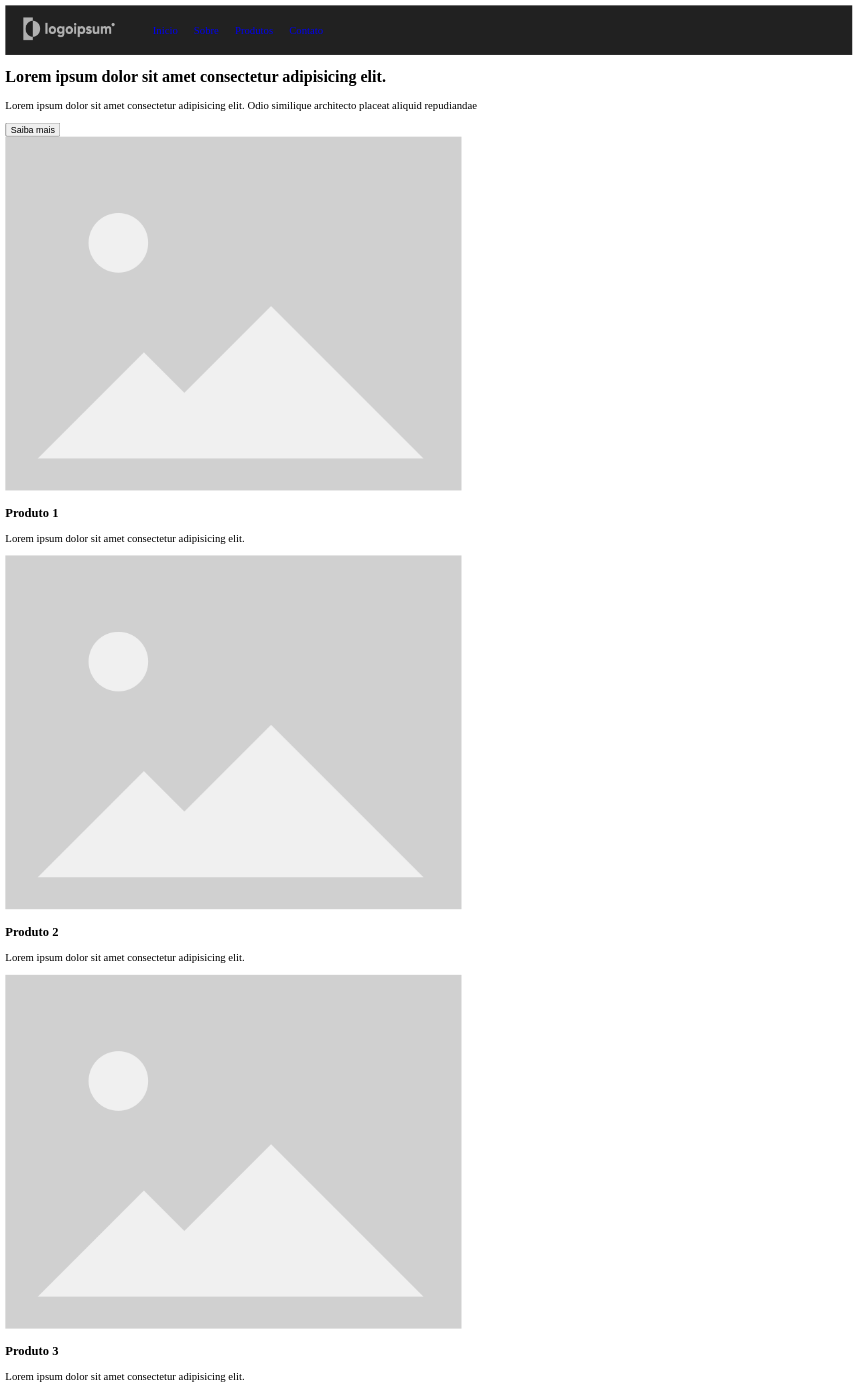
Repository: Carolden/SiteCrie_Ti
Page: index.html
An editor plug-in stored every save of this project. The page is shown before and after the next save, followed by the edit.
The browser window is 1280 px wide. The pictures show the whole page, at 67% of full size.

Above is the page before, as saved 2023-04-20 22:22:24.

### index.html
<!DOCTYPE html>
<html lang="pt-BR">
<head>
    <meta charset="UTF-8">
    <meta http-equiv="X-UA-Compatible" content="IE=edge">
    <meta name="viewport" content="width=device-width, initial-scale=1.0">
    <title>Document</title>
    <link rel="stylesheet" type="text/css" href="index.css" media="screen" />
</head>
<body>

    <header>
        <div>
            <img src="images/logo.png" alt="logo" class="logo">
        </div>
        <nav>
            <a href="inicio">Inicio</a>
            <a href="sobre">Sobre</a>
            <a href="produtos">Produtos</a>
            <a href="contato">Contato</a>
        </nav>
    </header>

    <main>

    <section class="lorem">
        <h1>Lorem ipsum dolor sit amet consectetur adipisicing elit.</h1>
        <p>Lorem ipsum dolor sit amet consectetur adipisicing elit. Odio similique architecto placeat aliquid repudiandae</p>
        <button>Saiba mais</button>
    </section>

    <section>
        <div>
            <div>
                <img src="images/placeholder.png" alt="imagem1">
                <h3>Produto 1</h3>
                <p>Lorem ipsum dolor sit amet consectetur adipisicing elit.</p>
            </div>

            <div>
                <img src="images/placeholder.png" alt="imagem2">
                <h3>Produto 2</h3>
                <p>Lorem ipsum dolor sit amet consectetur adipisicing elit.</p>
            </div>

            <div>
                <img src="images/placeholder.png" alt="imagem3">
                <h3>Produto 3</h3>
                <p>Lorem ipsum dolor sit amet consectetur adipisicing elit.</p>
            </div>
        </div>
    </section>


    </main>





</body>
</html>

### index.css
header {
    background-color: #212121;
    display: flex;
    align-items: center;
    width: 100%;
    top: 0;
    padding-left: 20px;
    padding-right: 20px;
    box-sizing: border-box;
}

header nav a {
    color: B0B0B0;
    text-decoration: none;
    padding: 10px;

}

.logo {
    width: 150px;
    height: 70px;
    padding-right: 40px;
}

After the next save:
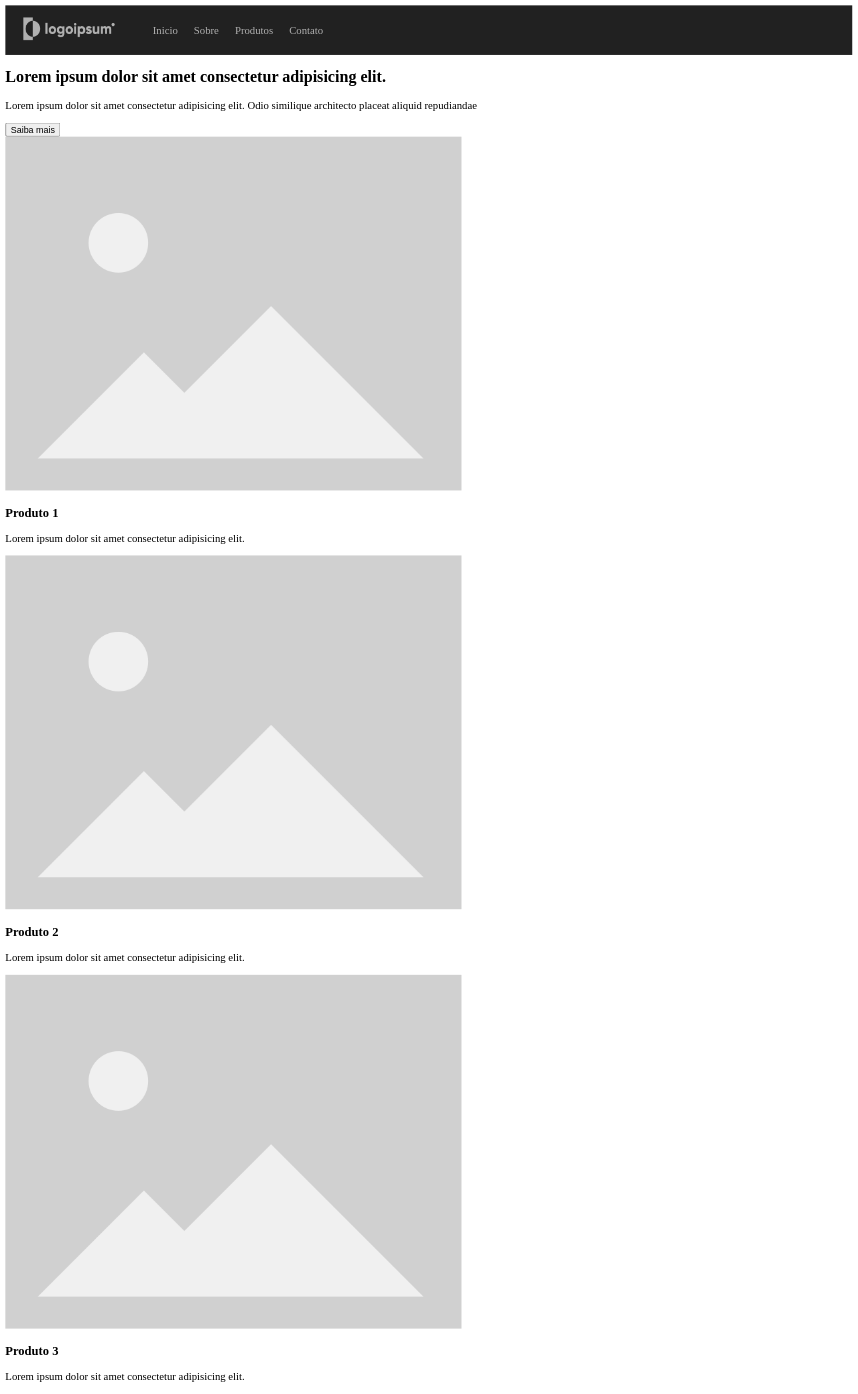
Saved 17 s later.
--- a/index.css
+++ b/index.css
@@ -10,7 +10,7 @@
 }
 
 header nav a {
-    color: B0B0B0;
+    color: #B0B0B0;
     text-decoration: none;
     padding: 10px;
 
